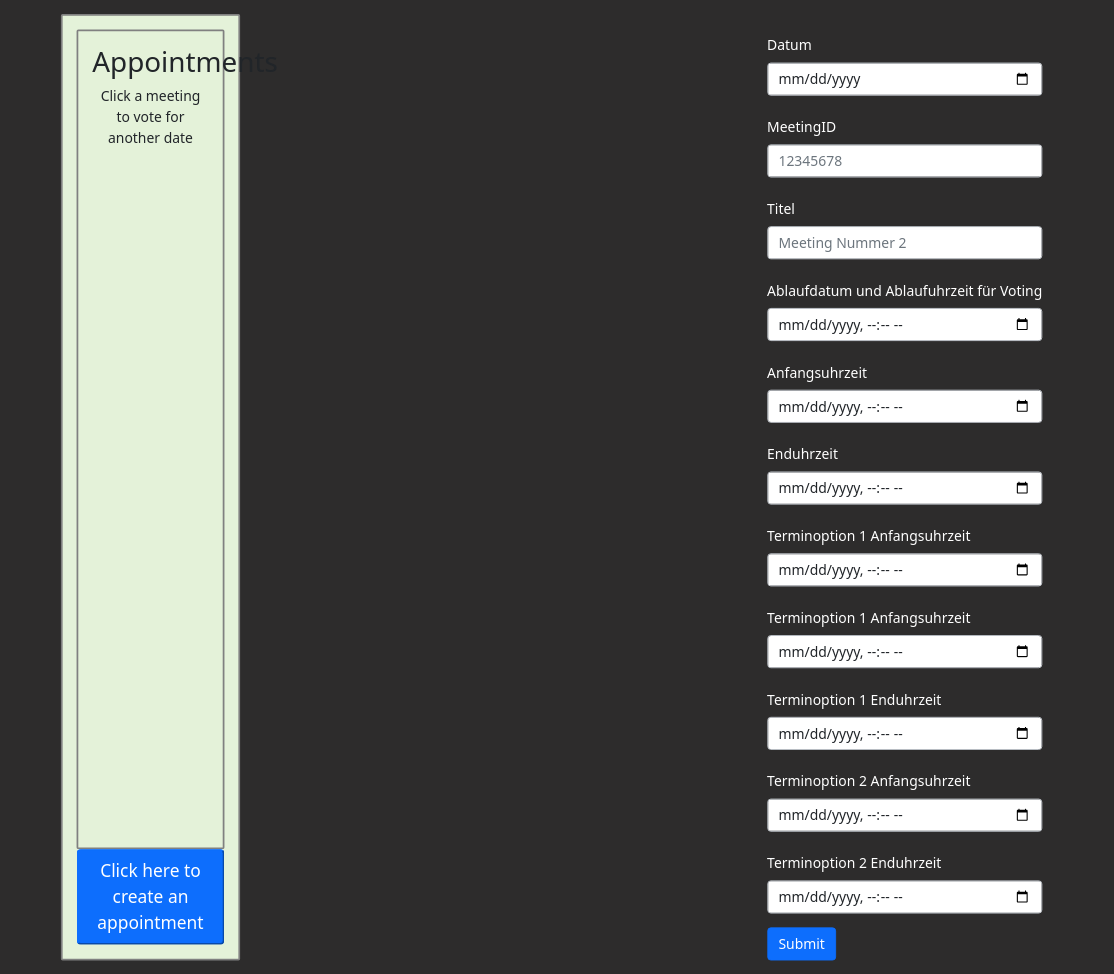
Repository: wlichon/Semesterprojekt
Page: index.html
An editor plug-in stored every save of this project. The page is shown before and after the next save, followed by the edit.
The browser window is 1280 px wide. The pictures show the whole page, at 87% of full size.
The page's requests for data from a server got no answer. Some web libraries are served in a nearby version.

Above is the page before, as saved 2022-04-26 18:31:49.

After the next save:
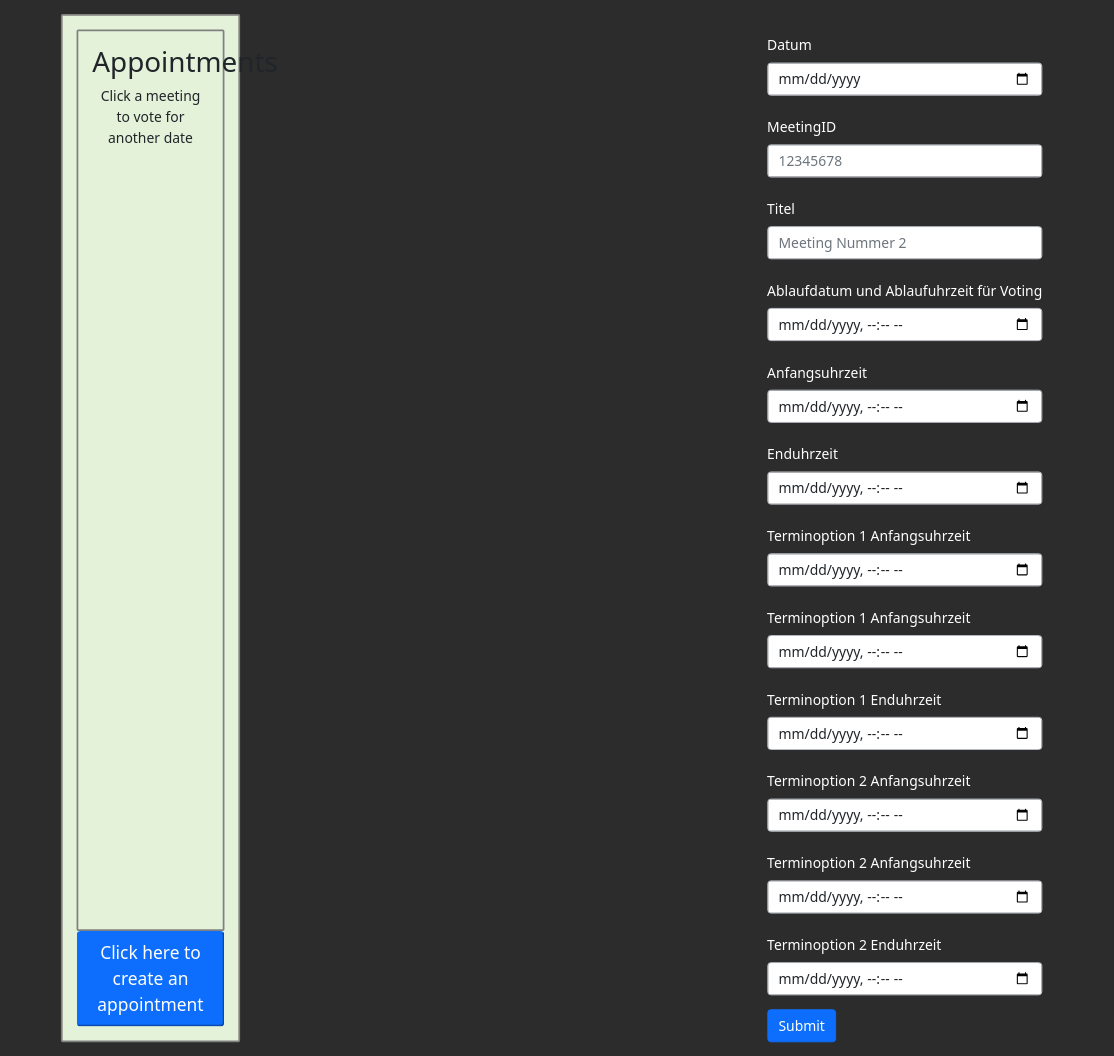
Saved 7 s later.
--- a/index.html
+++ b/index.html
@@ -90,6 +90,10 @@
                 <input type="datetime-local" class="form-control" name="terminoption2begin" id="terminoption2begin"  required>
             </div>
             <div class="form-group">
+                <label for="terminoption2" class ="text-white mt-4 mb-2">Terminoption 2 Anfangsuhrzeit</label>
+                <input type="datetime-local" class="form-control" name="terminoption2begin" id="terminoption2begin"  required>
+            </div>
+            <div class="form-group">
                 <label for="terminoption2" class ="text-white mt-4 mb-2">Terminoption 2 Enduhrzeit</label>
                 <input type="datetime-local" class="form-control" name="terminoption2end" id="terminoption2end"  required>
             </div>
